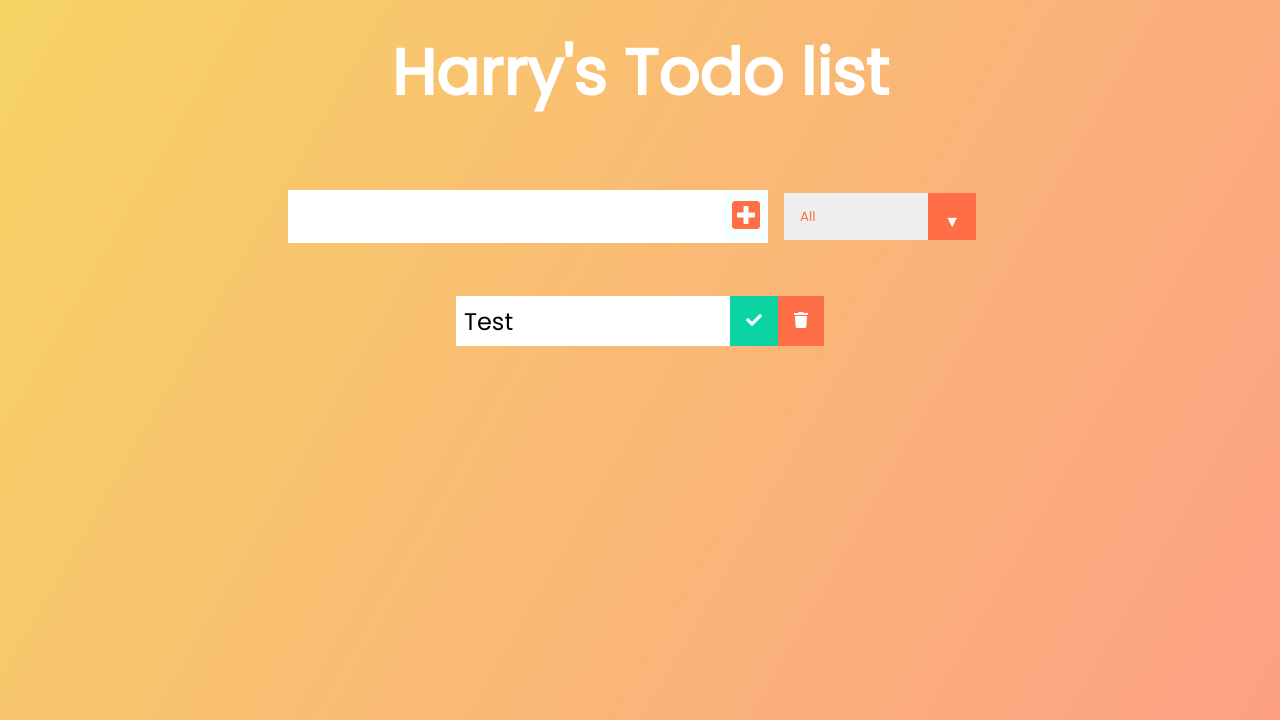
Repository: qqharry21/react-todo-app-v2
Page: /
An editor plug-in stored every save of this project. The page is shown before and after the next save, followed by the edit.
The browser window is 1280 px wide. The pictures show the whole page.
Some web libraries are served in a nearby version. The project was rebuilt for these pictures with package versions that can differ from the ones it lists, and the page was loaded fresh each time.

Above is the page before, as saved 2021-12-20 00:25:11.

After the next save:
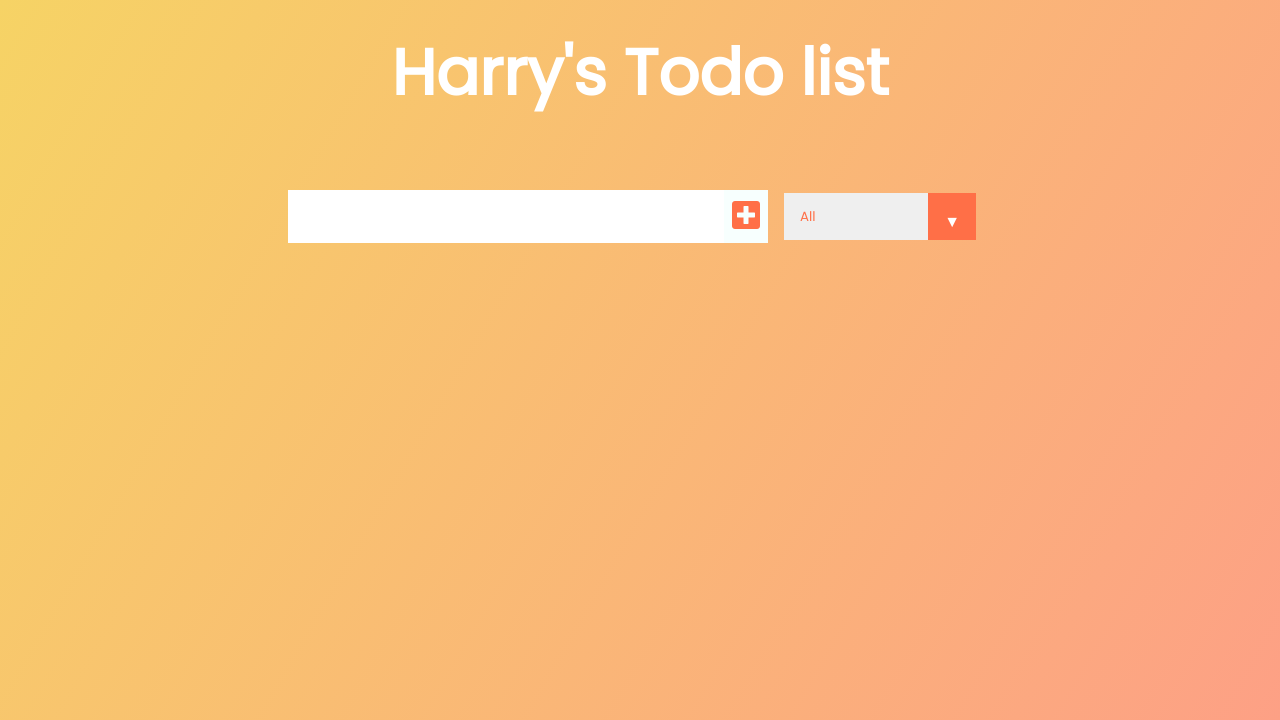
Saved 75 s later.
--- a/src/components/TodoList.js
+++ b/src/components/TodoList.js
@@ -9,7 +9,6 @@ const TodoList = ({ todo }) => {
         {todo.map(item => {
           return <Todo key={item.id} todo={item} />;
         })}
-        <Todo />
       </ul>
     </div>
   );
